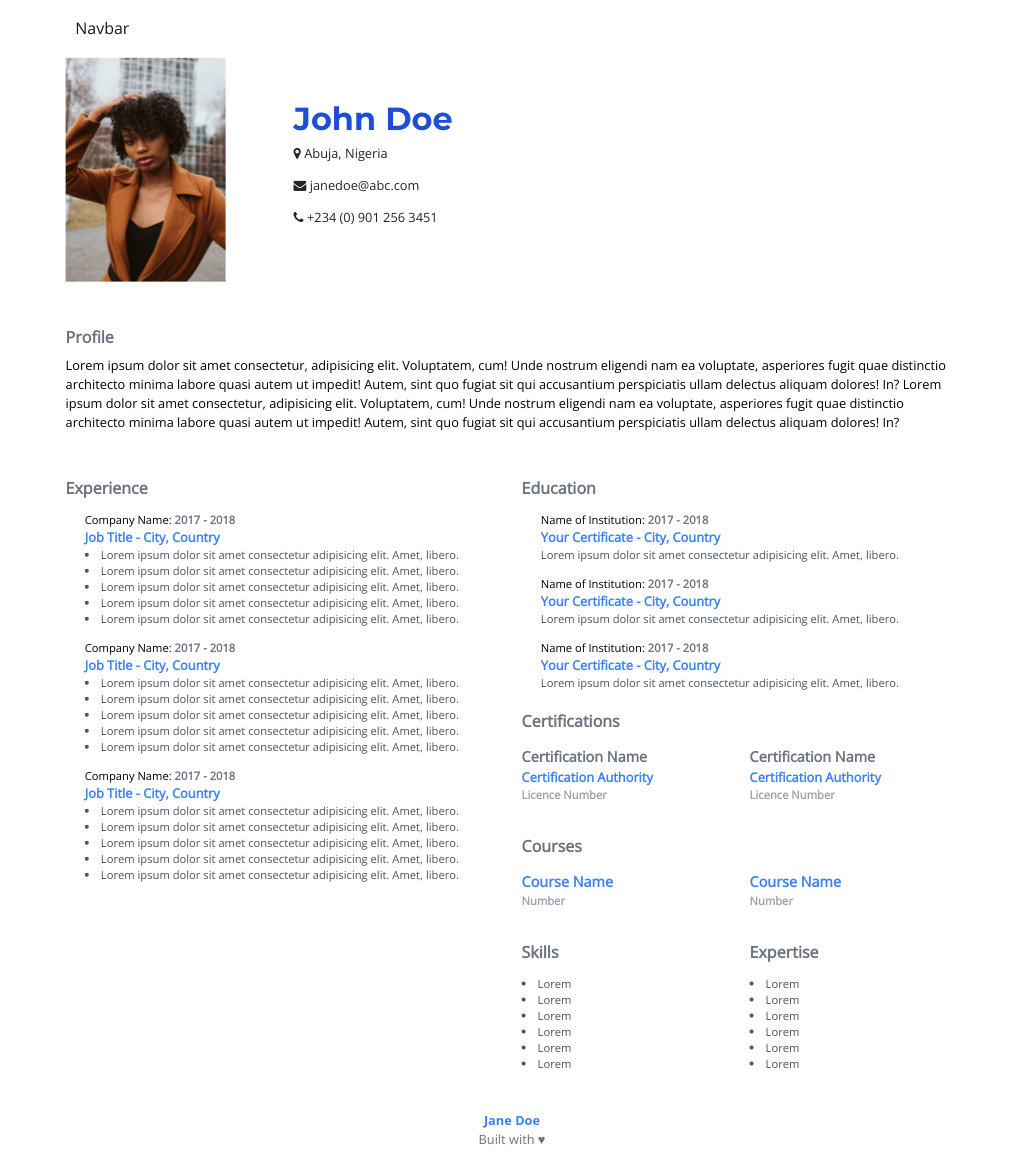
Repository: latenightsnacc/giggles
Page: HTML/CV.html
An editor plug-in stored every save of this project. The page is shown before and after the next save, followed by the edit.
The browser window is 1280 px wide. The pictures show the whole page, at 80% of full size.
Some web libraries are served in a nearby version.

Above is the page before, as saved 2021-01-05 14:57:22.

After the next save:
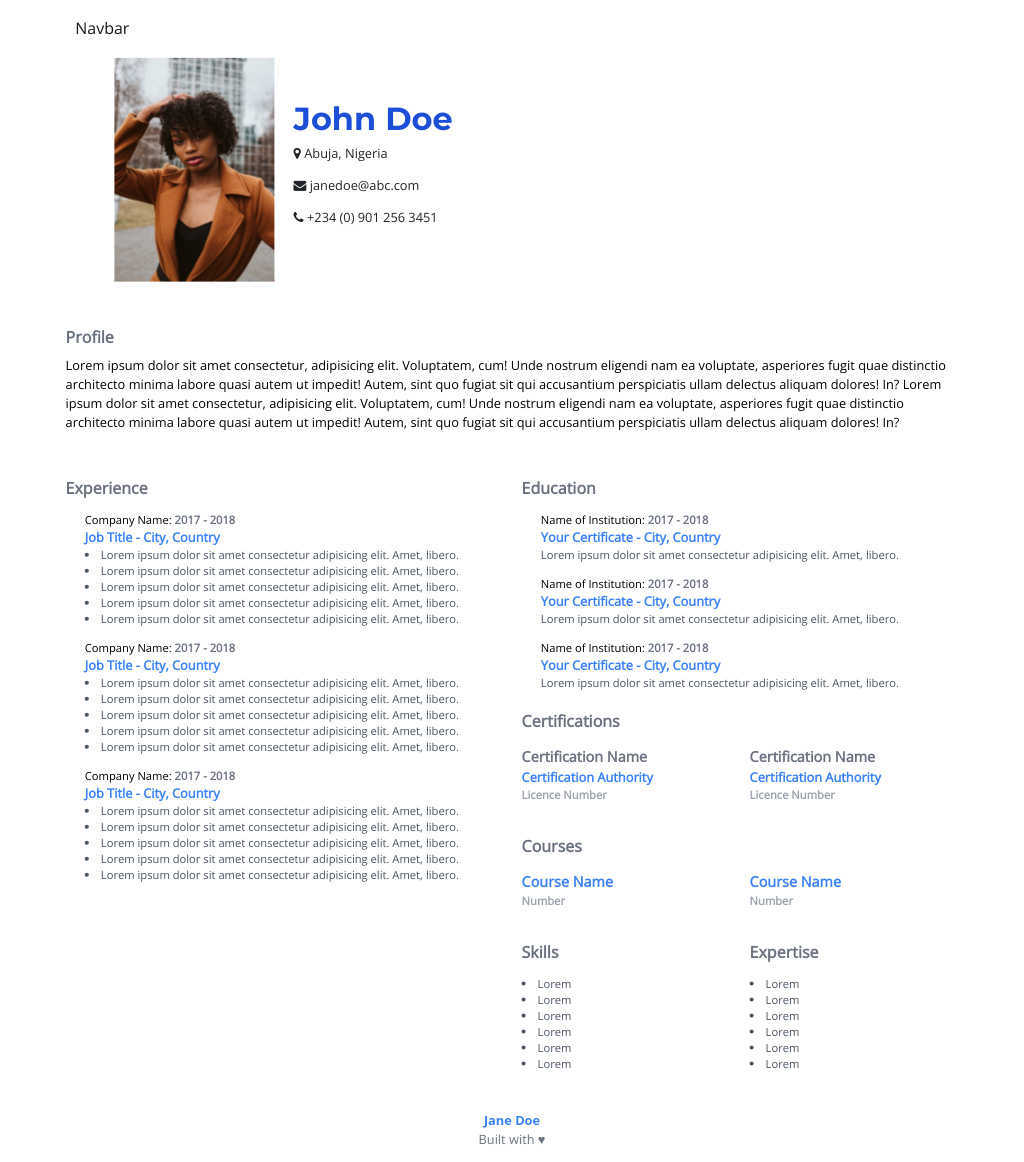
Saved 17 s later.
--- a/HTML/CV.html
+++ b/HTML/CV.html
@@ -30,7 +30,7 @@
             <div class="row flex items-center">
                 <div class="col-xs-12 col-sm-12 col-md-3 col-lg-3 col-xl-3">
                     <div>
-                        <img src="assets/userDp.jpg" style="width:200px" alt="profile picture">
+                        <img class="float-right" src="assets/userDp.jpg" style="width:200px" alt="profile picture">
                     </div>
                 </div>
                 <div class="col-xs-12 col-sm-12 col-md-9 col-lg-9 col-xl-9">
